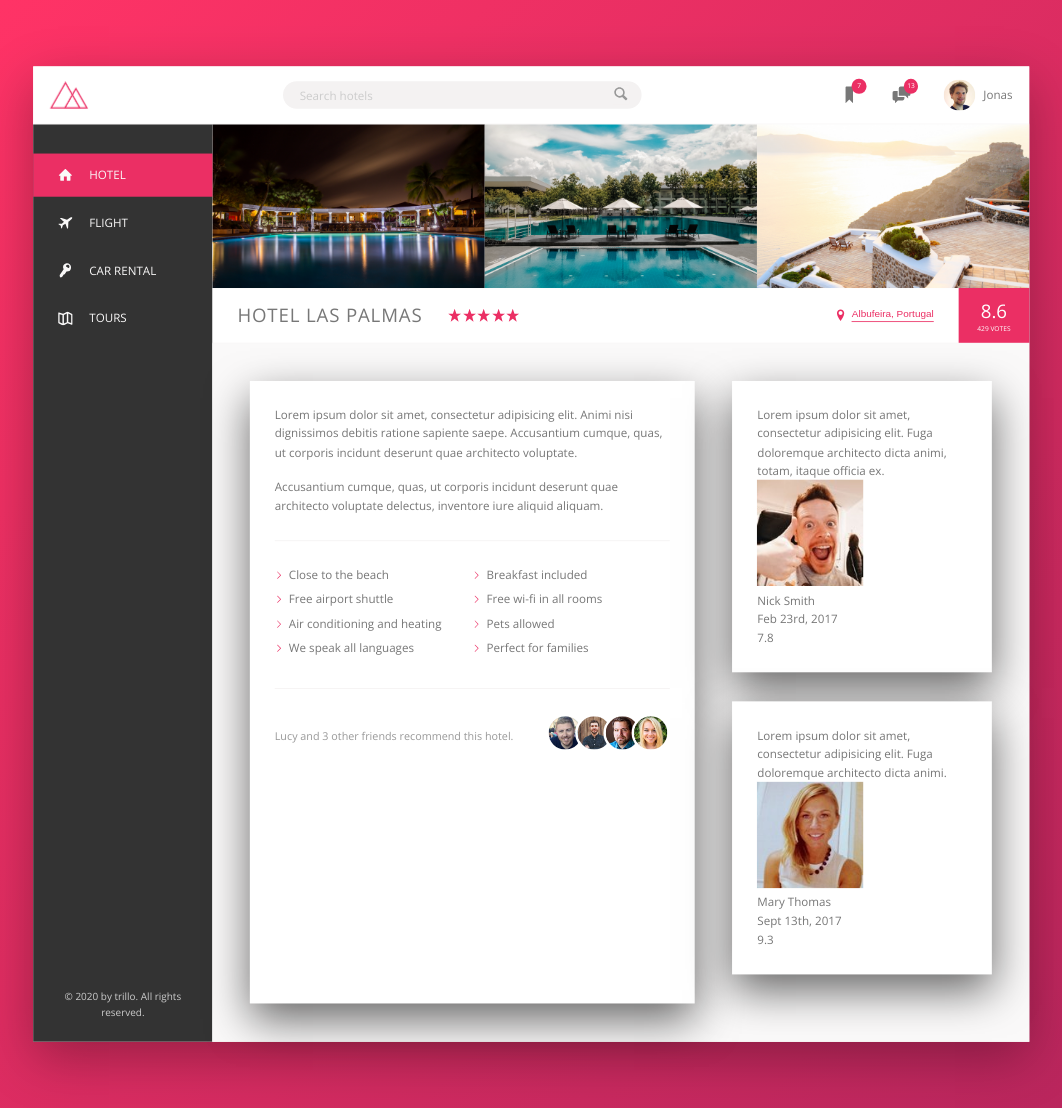
Repository: Lithium87/Trillo
Page: index.html
These files come from the project's save history. The page is drawn as it stood at one moment and after the next save; the edit follows.
The browser window is 1280 px wide. The pictures show the whole page, at 83% of full size.
The style sheet was rebuilt from its Sass, Less or Tailwind sources for each picture, by a compiler version that may differ from the author's.

Above is the page before, as saved 2020-05-17 01:27:48.

After the next save:
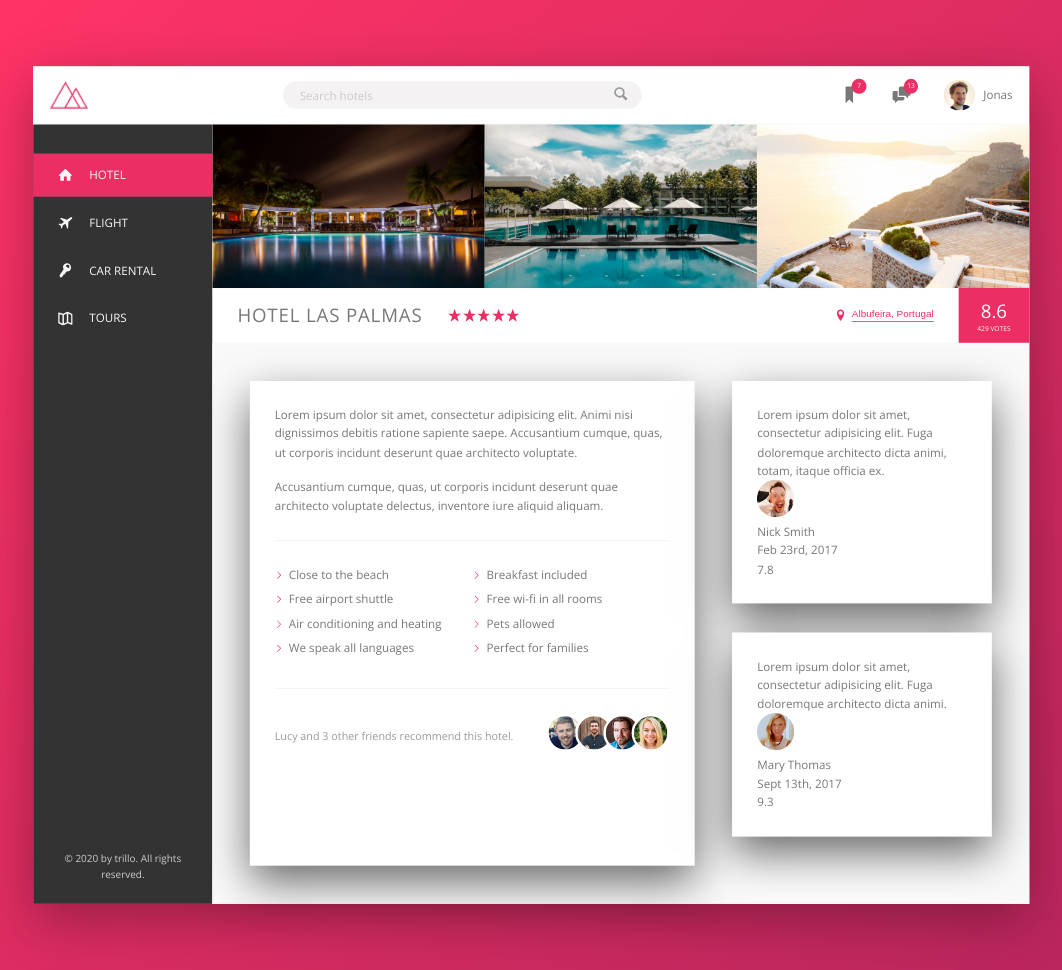
Saved 13 s later.
--- a/sass/_components.scss
+++ b/sass/_components.scss
@@ -326,7 +326,11 @@
     margin-bottom: 3.5rem;
     &__text {}
     &__user {}
-    &__photo {}
+    &__photo {
+        height: 4.5rem;
+        width: 4.5rem;
+        border-radius: 50%;
+    }
     &__user-box {}
     &__user-name {}
     &__user-date {}
